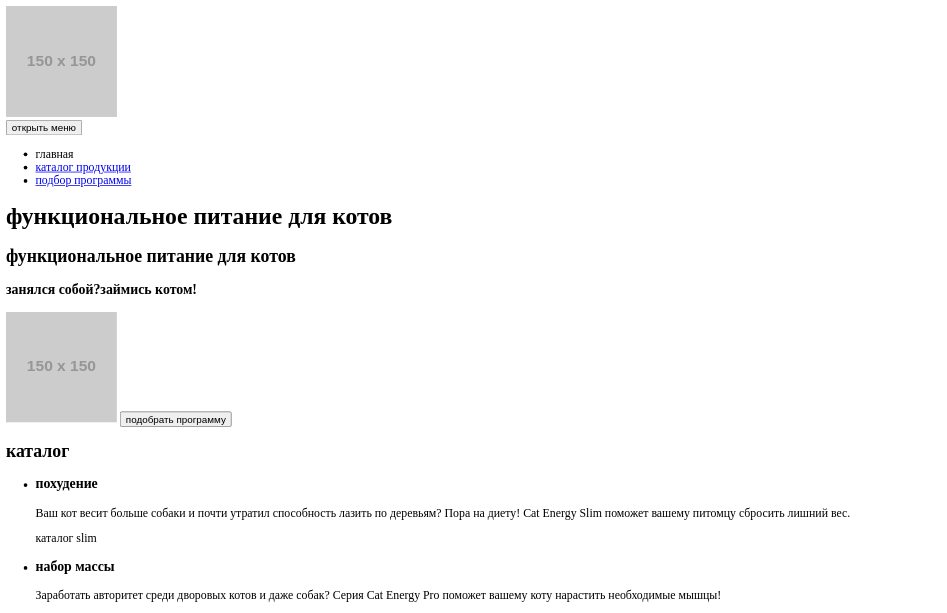
Repository: svetlana2885/1411135-cat-energy-20
Page: source/index.html
These files come from the project's save history. The page is drawn as it stood at one moment and after the next save; the edit follows.
The browser window is 1280 px wide. The pictures show the whole page, at 74% of full size.

Above is the page before, as saved 2020-07-18 18:18:27.

After the next save:
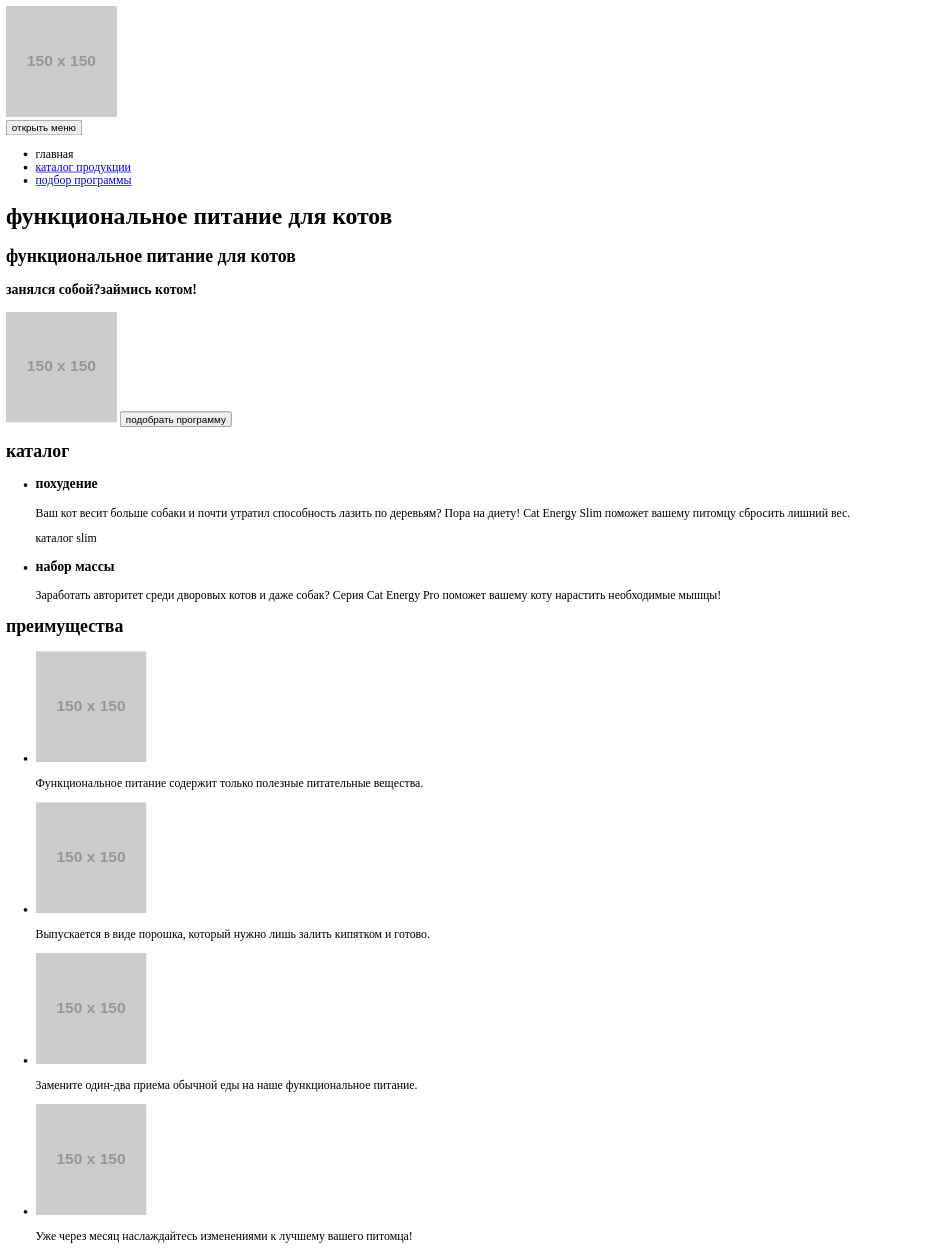
Saved 2 h 12 min later.
--- a/source/index.html
+++ b/source/index.html
@@ -37,7 +37,7 @@
       <section class="form">
         <h2>функциональное питание для котов</h2>
         <h3>занялся собой?займись котом!</h3>
-        <img src="src=https://via.placeholder.com/150x150" />
+        <img src="src=https://via.placeholder.com/150x150" alt="логотип" />
         <button class="button" type="button">подобрать программу</button>
       </section>
       <section class="catalog">
@@ -63,6 +63,27 @@
           </ul>
         </div>
       </section>
+      <section class="advantages">
+        <h2 class="visually-hidden">преимущества</h2>
+        <ul class="advantages-list">
+          <li class="advantages-item">
+            <img src="rc=https://via.placeholder.com/150x150" />
+            <p>Функциональное питание содержит только полезные питательные вещества.</p>
+          </li>
+          <li class="advantage-item">
+            <img src="rc=https://via.placeholder.com/150x150" />
+            <p>Выпускается в виде порошка, который нужно лишь залить кипятком и готово.</p>
+          </li>
+          <li class="advantage-item">
+            <img src="rc=https://via.placeholder.com/150x150" />
+            <p>Замените один-два приема обычной еды на наше функциональное питание.</p>
+          </li>
+          <li class="advantage-item">
+            <img src="rc=https://via.placeholder.com/150x150" />
+            <p>Уже через месяц наслаждайтесь изменениями к лучшему вашего питомца!</p>
+          </li>
+        </ul>
+      </section>
     </main>
   </body>
 </html>
